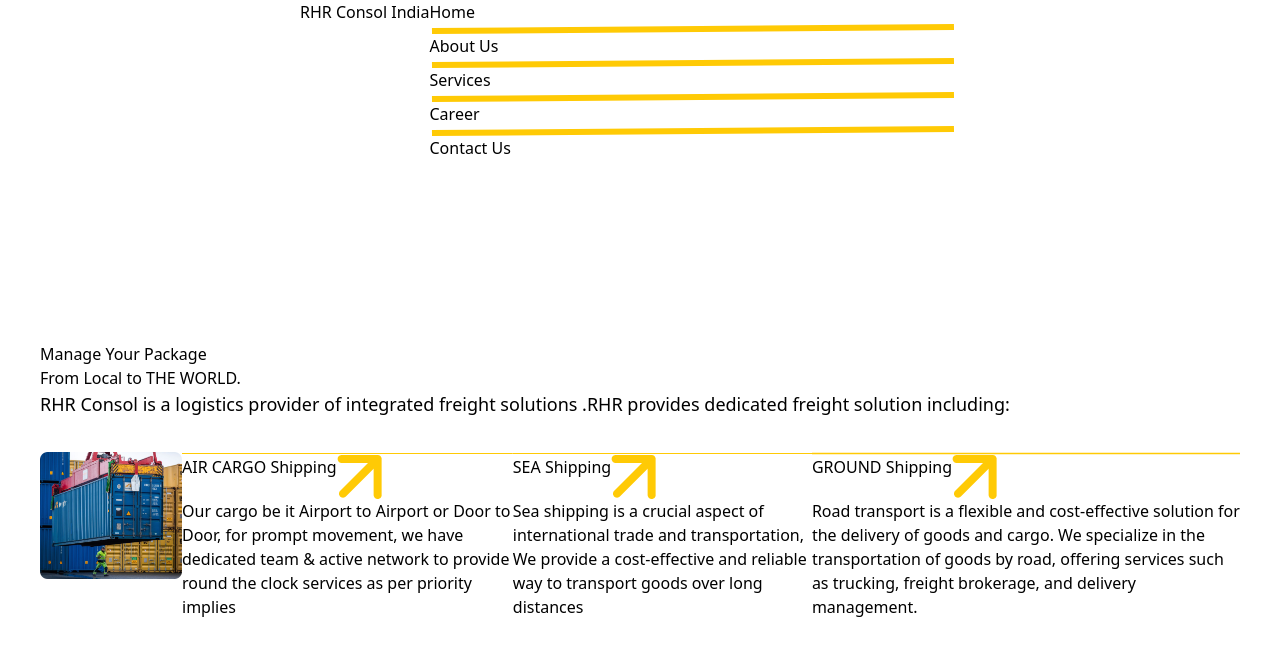
Repository: husainmamuwala/RHRConsol
Page: /services
These files come from the project's save history. The page is drawn as it stood at one moment and after a run of saves; the edit follows.
The browser window is 1280 px wide. The pictures show the whole page.
The project was rebuilt for these pictures with package versions that can differ from the ones it lists, and the page was loaded fresh each time. The framework's server and built-in components were replaced by stand-ins that run in the browser. Also part of the build but not shown: next.config.js.

Above is the page before, as saved 2023-02-04 10:21:28.

After the next 3 saves:
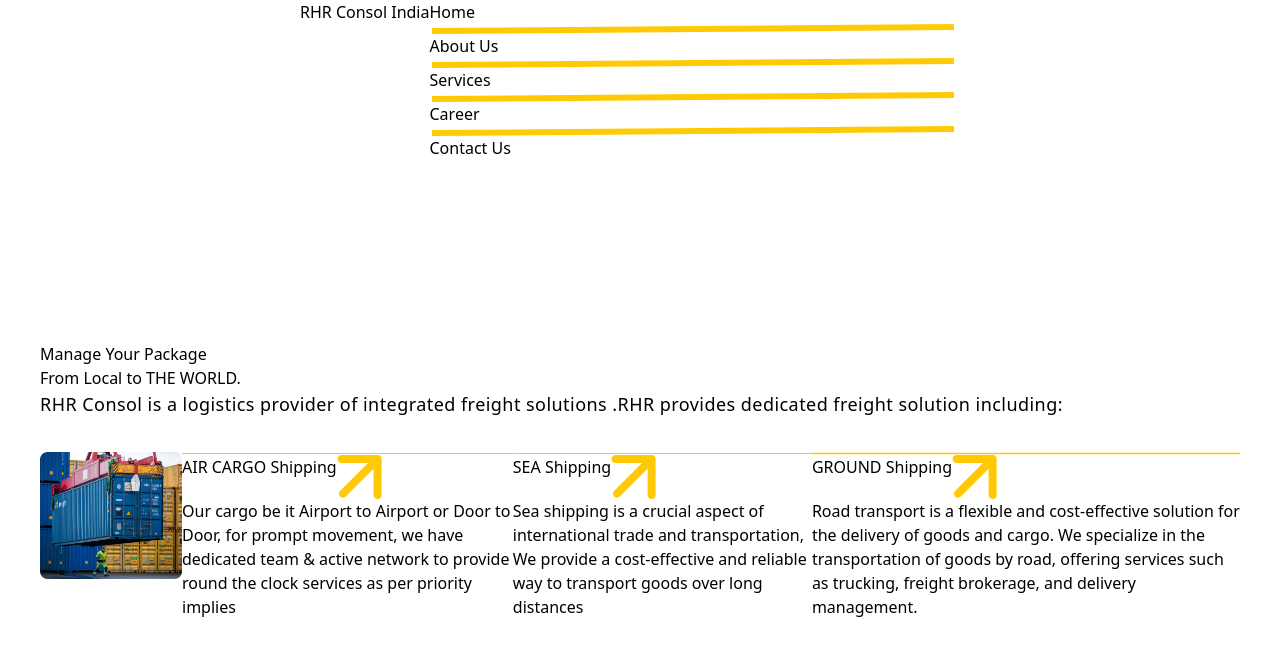
The 3 saves are shown as one change because they came seconds apart.
The last was saved 10 s later.
--- a/Components/Services.jsx
+++ b/Components/Services.jsx
@@ -35,7 +35,7 @@
             <br />
             <span className='md:text-6xl text-xl font-bold'>From Local to <span className='text-primary'> THE WORLD.</span></span>
             <br />
-            <span className='text-lg'>RHR Consol is a logistics provider of integrated freight solutions .RHR provides dedicated freight solution including:</span>
+            <span className='text-lg tracking-wide'>RHR Consol is a logistics provider of integrated freight solutions .RHR provides dedicated freight solution including:</span>
           </div>
           <div className=''>
             <img
